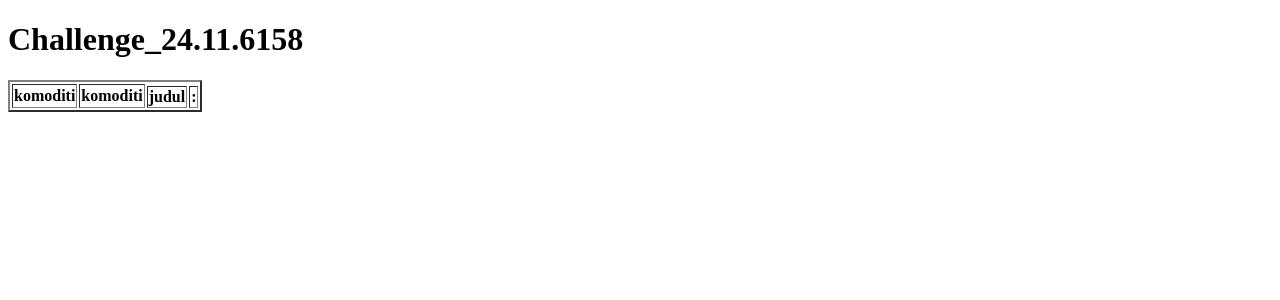
Repository: RoyyanSuryanto/Challenge_24116158
Page: Pertemuan 4/Challenge_24116158.html
An editor plug-in stored every save of this project. The page is shown before and after a run of saves, followed by the edit.
The browser window is 1280 px wide. The pictures show the whole page.

Above is the page before, as saved 2026-04-20 09:36:34.

### Pertemuan 4/Challenge_24116158.html
<!DOCTYPE html>
<html lang="en">
<head>
    <meta charset="UTF-8">
    <meta name="viewport" content="width=device-width, initial-scale=1.0">
    <title>Challenge_24116158</title>
</head>
<body>
    <h1>
        Challenge_24.11.6158
    </h1>

    <table border="2">
        <tr>
            <th rowspan="2" background-color="lightgreen">komoditi</th>
            <th rowspan="2" background-color="orange">komoditi</th>
        </tr>

        <tr>
            <th>judul</th>
            <th>:</th>
        </tr>
    </table>
</body>
</html>

After the next 4 saves:
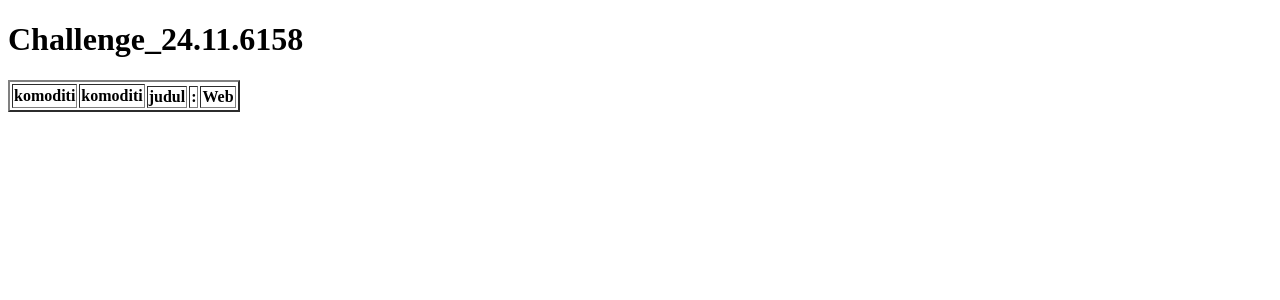
The 4 saves are shown as one change because they came seconds apart.
The last was saved 11 s later.
--- a/Pertemuan 4/Challenge_24116158.html
+++ b/Pertemuan 4/Challenge_24116158.html
@@ -19,6 +19,7 @@
         <tr>
             <th>judul</th>
             <th>:</th>
+            <th>Web</th>
         </tr>
     </table>
 </body>
